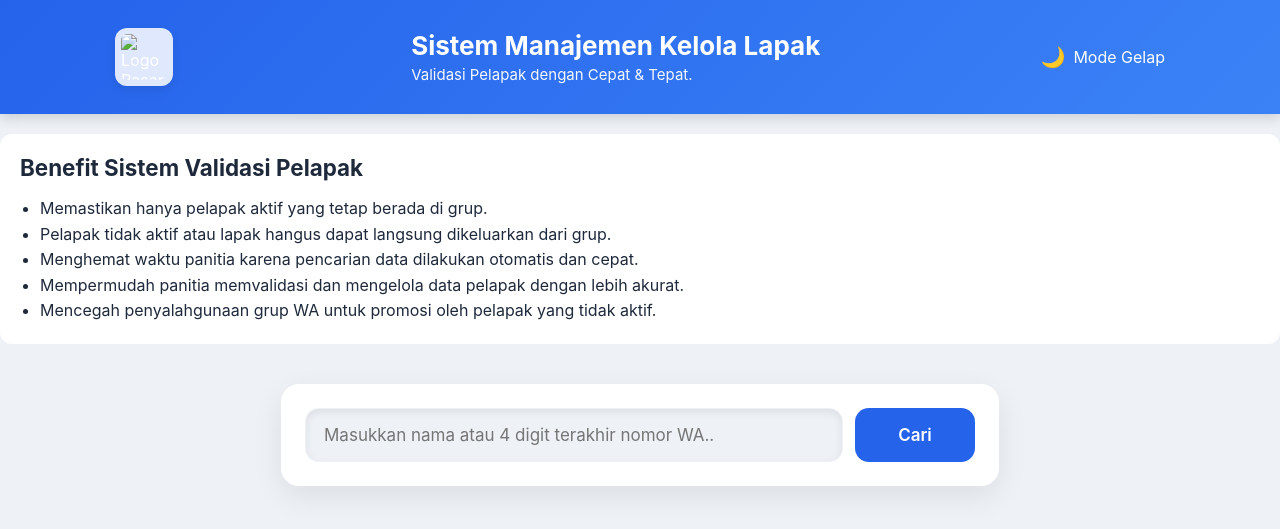
Repository: pasarrakyatbak/ceklapak
Page: index.html
These files come from the project's save history. The page is drawn as it stood at one moment and after the next save; the edit follows.
The browser window is 1280 px wide. The pictures show the whole page.

Above is the page before, as saved 2025-11-19 06:58:11.
Not found: logo.png

### index.html
<!DOCTYPE html>
<html lang="id">

<head>
    <meta charset="UTF-8" />
    <meta name="viewport" content="width=device-width, initial-scale=1.0" />
    <title>Pencarian Pelapak UMKM</title>
    <link rel="stylesheet" href="style.css" />
</head>

<body>
    <header>
        <div class="header-inner">

            <!-- LOGO UMKM -->
            <div class="logo-box">
                <img src="logo.png" alt="Logo Pasar Rakyat" class="logo">
            </div>

            <div class="header-text">
                <h1>Sistem Manajemen Kelola Lapak</h1>
                <p class="desc">
                    Validasi Pelapak dengan Cepat & Tepat.
                </p>
            </div>

            <div class="controls">
                <label class="theme-toggle" aria-label="Toggle dark mode">
                    <input id="themeToggle" type="checkbox" />
                    <span class="toggle-icon">🌙</span>
                    <span class="toggle-text">Mode Gelap</span>
                </label>
            </div>
        </div>
    </header>
    <section class="benefit-section">
        <h2>Benefit Sistem Validasi Pelapak</h2>
        <ul class="benefit-list">
            <li>Memastikan hanya pelapak aktif yang tetap berada di grup.</li>
            <li>Pelapak tidak aktif atau lapak hangus dapat langsung dikeluarkan dari grup.</li>
            <li>Menghemat waktu panitia karena pencarian data dilakukan otomatis dan cepat.</li>
            <li>Mempermudah panitia memvalidasi dan mengelola data pelapak dengan lebih akurat.</li>
            <li>Mencegah penyalahgunaan grup WA untuk promosi oleh pelapak yang tidak aktif.</li>
        </ul>
    </section>

    <main>
        <section class="search-card">
            <div class="search-box">
                <input type="text" id="queryInput" placeholder="Masukkan nama atau 4 digit terakhir nomor WA.."
                    autocomplete="off" aria-label="Kolom pencarian pelapak" />
                <button id="searchBtn" aria-label="Tombol cari pelapak">Cari</button>
            </div>
        </section>

        <!-- RESULT BOX -->
        <section>
            <div id="resultBox" class="result-box hidden" role="region" aria-live="polite"></div>
        </section>

        <!-- LOADING SPINNER -->
        <div id="loader" class="loader hidden" aria-hidden="true"></div>

        <!-- SKELETON LOADING -->
        <div id="skeletonBox" class="skeleton-box hidden" aria-hidden="true">
            <div class="skeleton-item"></div>
            <div class="skeleton-item"></div>
            <div class="skeleton-item"></div>
        </div>
    </main>

    <script src="app.js"></script>
</body>

</html>

### style.css
/* === Color variables === */
:root {
    --bg: #eef2f7;
    --card: #ffffff;
    --text: #1e293b;
    --muted: #64748b;
    --primary: #2563eb;
    --primary-light: #3b82f6;
    --shadow: rgba(0, 0, 0, 0.08);

    --font-lg: 17px;
    --font-base: 16px;
    --font-sm: 14px;
}

body.dark {
    --bg: #0d1117;
    --card: #161b22;
    --text: #e5e7eb;
    --muted: #9ca3af;
    --primary: #3b82f6;
    --primary-light: #60a5fa;
    --shadow: rgba(0, 0, 0, 0.45);
}

/* === Base === */
* {
    margin: 0;
    padding: 0;
    box-sizing: border-box;
    font-family: "Inter", system-ui, sans-serif;
}

body {
    background: var(--bg);
    color: var(--text);
    transition: 0.3s ease;
    padding-bottom: 40px;
}

/* === Header === */
header {
    background: linear-gradient(135deg, var(--primary), var(--primary-light));
    padding: 28px 20px;
    color: white;
    box-shadow: 0 4px 12px rgba(0, 0, 0, 0.15);
}

.header-inner {
    max-width: 1050px;
    margin: auto;
    display: flex;
    justify-content: space-between;
    align-items: center;
}

header h1 {
    font-size: 26px;
    font-weight: 700;
}

.desc {
    font-size: 15px;
    opacity: 0.95;
    margin-top: 4px;
}

/* === Dark mode toggle === */
.theme-toggle {
    display: flex;
    align-items: center;
    gap: 8px;
    cursor: pointer;
    user-select: none;
}

.theme-toggle input {
    display: none;
}

.toggle-icon {
    font-size: 20px;
}

.toggle-text {
    font-size: 16px;
}

/* === Search Card === */
main {
    max-width: 750px;
    margin: 40px auto;
    padding: 0 16px;
}

.search-card {
    background: var(--card);
    padding: 24px;
    border-radius: 18px;
    box-shadow: 0 10px 30px var(--shadow);
    backdrop-filter: blur(4px);
}

/* search box */
.search-box {
    display: flex;
    gap: 12px;
}

.search-box input {
    flex: 1;
    padding: 16px 18px;
    border-radius: 14px;
    border: 1px solid transparent;
    background: var(--bg);
    color: var(--text);
    font-size: 17px;
    box-shadow: inset 0 3px 8px var(--shadow);
    transition: 0.2s;
}

.search-box input:focus {
    border-color: var(--primary);
    outline: none;
}

.search-box button {
    padding: 16px 20px;
    background: var(--primary);
    color: white;
    font-size: 17px;
    font-weight: 600;
    border: none;
    border-radius: 14px;
    cursor: pointer;
    transition: 0.2s;
    min-width: 120px;
}

.search-box button:hover {
    background: var(--primary-light);
    transform: translateY(-2px);
}

/* === Result Box === */
.result-box {
    margin-top: 28px;
}

/* result card improved */
.result-item {
    background: var(--card);
    padding: 22px;
    margin-bottom: 16px;
    border-radius: 16px;
    box-shadow: 0 6px 18px var(--shadow);
    border-left: 6px solid var(--primary);
    transition: 0.2s ease;
}

.result-item:hover {
    transform: translateY(-3px);
}

.result-item strong {
    color: var(--primary);
    font-size: 18px;
}

.result-item div {
    font-size: 17px;
    margin-bottom: 6px;
}

.small {
    margin-top: 6px;
    font-size: 15px;
    color: var(--muted);
}

.benefit-section {
    margin: 20px 0;
    padding: 20px;
    background: var(--card);
    border-radius: 12px;
    box-shadow: var(--shadow);
}

.benefit-section h2 {
    margin-bottom: 15px;
    font-size: 1.4rem;
}

.benefit-list {
    list-style: disc;
    margin-left: 20px;
    line-height: 1.6;
}

/* === Logo UMKM === */
.logo-box {
    display: flex;
    align-items: center;
    margin-right: 18px;
}

.logo {
    width: 58px;
    height: 58px;
    object-fit: contain;
    border-radius: 12px;
    background: rgba(255, 255, 255, 0.85);
    padding: 6px;
    box-shadow: 0 4px 10px var(--shadow);
}

/* Mode gelap: latar logo lebih gelap agar menyatu */
body.dark .logo {
    background: rgba(30, 41, 59, 0.6);
}

/* === BADGE STYLING === */
.badge {
    display: inline-block;
    padding: 6px 12px;
    border-radius: 10px;
    font-size: 15px;
    font-weight: 600;
    margin-left: 6px;
    color: white;
}

/* Light Mode Colors */
body:not(.dark) .badge-name {
    background: #1e40af;
    /* blue-800 */
}

body:not(.dark) .badge-wa {
    background: #166534;
    /* green-800 */
}

body:not(.dark) .badge-lapak {
    background: #334155;
    /* slate-700 */
}

/* Dark Mode Colors – dibuat sedikit lebih terang agar tetap terlihat */
body.dark .badge-name {
    background: #3b82f6;
    /* blue-500 */
}

body.dark .badge-wa {
    background: #22c55e;
    /* green-500 */
}

body.dark .badge-lapak {
    background: #64748b;
    /* slate-500 */
}

/* === Skeleton Loader === */
.skeleton-box {
    margin-top: 25px;
}

.skeleton-item {
    height: 90px;
    background: linear-gradient(90deg,
            var(--card) 0%,
            var(--bg) 50%,
            var(--card) 100%);
    background-size: 200% 100%;
    border-radius: 16px;
    margin-bottom: 16px;
    animation: shimmer 1.4s infinite;
}

@keyframes shimmer {
    0% {
        background-position: -200% 0;
    }

    100% {
        background-position: 200% 0;
    }
}

/* === Loader === */
.loader {
    width: 42px;
    height: 42px;
    border: 4px solid transparent;
    border-top-color: var(--primary);
    border-right-color: var(--primary-light);
    border-radius: 50%;
    animation: spin 0.75s linear infinite;
    margin: 28px auto;
}

@keyframes spin {
    to {
        transform: rotate(360deg);
    }
}

.hidden {
    display: none !important;
    opacity: 0 !important;
}


/* === Responsive (tablet + mobile) === */
@media (max-width: 768px) {
    header h1 {
        font-size: 22px;
    }

    .search-card {
        padding: 20px;
    }

    .result-item {
        padding: 20px;
    }

    .result-item strong {
        font-size: 17px;
    }
}

@media (max-width: 480px) {

    .header-inner {
        flex-direction: column;
        align-items: flex-start;
        gap: 12px;
    }

    .search-box {
        flex-direction: column;
    }

    .search-box input,
    .search-box button {
        width: 100%;
        font-size: 16px;
    }

    .result-item div {
        font-size: 16px;
    }

    .result-item strong {
        font-size: 17px;
    }
}

### app.js
// === CONFIG ===
const API_URL = "https://script.google.com/macros/s/AKfycby4z2qZ24SrJkcyGpybH29lSUC_3_z1LG-7wSmTzpaOEXrwjXf0Cl3hqkg95qAxPj1-/exec";

// DOM
const searchBtn = document.getElementById("searchBtn");
const queryInput = document.getElementById("queryInput");
const resultBox = document.getElementById("resultBox");
const themeToggle = document.getElementById("themeToggle");
const toggleText = document.querySelector(".toggle-text");
const toggleIcon = document.querySelector(".toggle-icon");
const skeletonBox = document.getElementById("skeletonBox");
const loader = document.getElementById("loader");

// Load saved theme
if (localStorage.getItem("theme") === "dark") {
    document.body.classList.add("dark");
    themeToggle.checked = true;
    toggleText.textContent = "Mode Terang";
    toggleIcon.textContent = "☀️";
}

themeToggle.addEventListener("change", () => {
    if (themeToggle.checked) {
        document.body.classList.add("dark");
        toggleText.textContent = "Mode Terang";
        toggleIcon.textContent = "☀️";
        localStorage.setItem("theme", "dark");
    } else {
        document.body.classList.remove("dark");
        toggleText.textContent = "Mode Gelap";
        toggleIcon.textContent = "🌙";
        localStorage.setItem("theme", "light");
    }
});
// Search
searchBtn.addEventListener("click", searchData);
queryInput.addEventListener("keypress", e => e.key === "Enter" && searchData());

// Clean
function cleanNumber(input) {
    return input.replace(/\s|\.|-|\(|\)|\+/g, "");
}

function normalizePhone(phone) {
    if (!phone) return "";
    const digits = phone.replace(/[^0-9]/g, "");
    if (!digits) return "";
    if (digits.startsWith("0")) return digits;
    return "0" + digits;
}

// Main search
function searchData() {
    const raw = queryInput.value.trim();

    // Jika input kosong → matikan loader & skeleton
    if (!raw) {
        hideSkeleton();
        hideLoader();
        return renderError("Masukkan nama atau angka.");
    }

    showSkeleton();
    showLoader();

    const onlyDigits = cleanNumber(raw);
    const is4 = /^\d{4}$/.test(onlyDigits);
    const q = is4 ? onlyDigits : raw.toLowerCase();

    fetch(`${API_URL}?q=${encodeURIComponent(q)}`)
        .then(res => res.json())
        .then(data => {
            hideSkeleton();
            hideLoader();

            if (!data || data.status === "error")
                return renderError(data?.pesan || "Tidak ditemukan.");

            const normalized = (data.hasil || []).map(item => ({
                nama: item.nama,
                nomor_whatsapp: normalizePhone(item.nomor_whatsapp || ""),
                nomor_lapak: item.nomor_lapak || "Tidak ada",
                baris: item.baris
            }));

            renderResults(normalized);
        })
        .catch(() => {
            hideSkeleton();
            hideLoader();
            renderError("Server tidak merespon.");
        });
}


function renderResults(results) {
    resultBox.classList.remove("hidden");

    if (!results.length) {
        resultBox.innerHTML = `<p class="empty">Tidak ada hasil.</p>`;
        return;
    }

    let html = "";
    results.forEach(r => {
        html += `
<div class="result-item">
    <div><strong>Nama:</strong>
        <span class="badge badge-name">${escape(r.nama)}</span>
    </div>

    <div><strong>Nomor WhatsApp:</strong>
        <span class="badge badge-wa">${escape(r.nomor_whatsapp)}</span>
    </div>

    <div class="small"><strong>Nomor Lapak:</strong>
        <span class="badge badge-lapak">${escape(r.nomor_lapak)}</span>
    </div>
</div>`;
    });

    resultBox.innerHTML = html;
}

function renderError(msg) {
    resultBox.classList.remove("hidden");
    resultBox.innerHTML = `<p style="color:var(--primary);font-weight:600">${escape(msg)}</p>`;
}

function escape(s) {
    return String(s || "—")
        .replace(/&/g, "&amp;")
        .replace(/</g, "&lt;")
        .replace(/>/g, "&gt;");
}

function showSkeleton() {
    skeletonBox.classList.remove("hidden");
    resultBox.classList.add("hidden");
}

function hideSkeleton() {
    skeletonBox.classList.add("hidden");
}

function showLoader() {
    loader.classList.remove("hidden");
    resultBox.classList.add("hidden");
}

function hideLoader() {
    loader.classList.add("hidden");
}

After the next save:
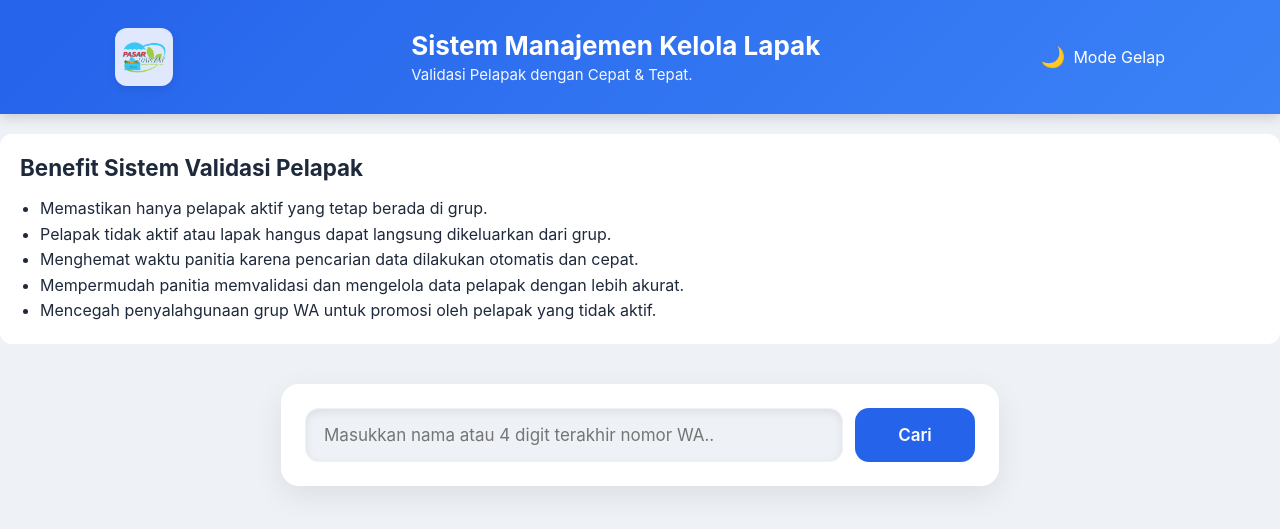
Saved 5 s later.
--- a/index.html
+++ b/index.html
@@ -14,7 +14,7 @@
 
             <!-- LOGO UMKM -->
             <div class="logo-box">
-                <img src="logo.png" alt="Logo Pasar Rakyat" class="logo">
+                <img src="images/logo.png" alt="Logo Pasar Rakyat" class="logo">
             </div>
 
             <div class="header-text">
